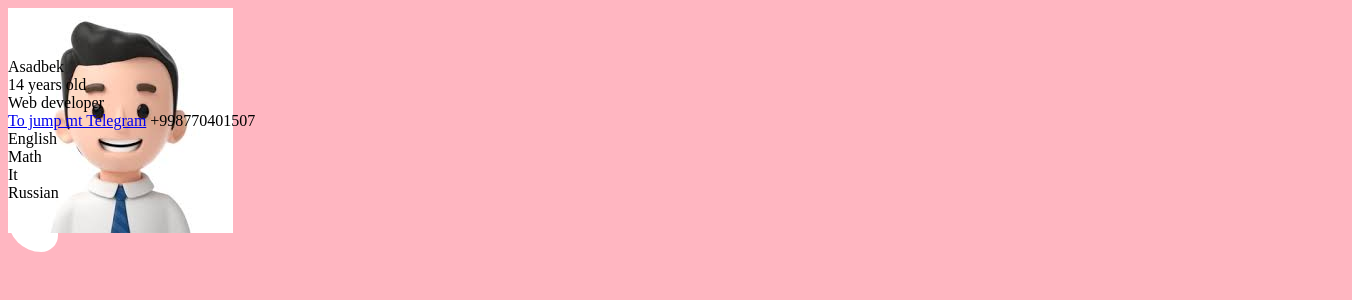
Repository: KHANas02/live-stream
Page: contact.html
These files come from the project's save history. The page is drawn as it stood at one moment and after the next save; the edit follows.
The browser window is 1280 px wide. The page is 1280 px wide, then 1352 px, so the pictures cover 1352 px, including what lies to the right of the window. The pictures show the whole page.

Above is the page before, as saved 2024-03-25 07:18:42.

### contact.html
<!DOCTYPE html>
<html lang="en">
<head>
    <meta charset="UTF-8">
    <meta name="viewport" content="width=device-width, initial-scale=1.0">
    <title>Contact with us</title>
    <link rel="stylesheet" href="./index.html">
</head>
<style>
    body{
        background-color: lightpink;
    }
    .avatar{
        background-image:url(data:[embedded picture, 5823 characters]);
       border-top-left-radius:20px;
       border-top-right-radius:60px;
       border-bottom-left-radius:80px;
       border-bottom-right-radius:40px;
       background-repeat:no-repeat;
       width: 50px;
       height: 50px;
    }
    .text{
        position: relative;
        left: ;
    }
</style>
<body>
    <div class="container">
  <div class="contact-card">
    <div class="avatar"><img src="data:[embedded picture, 5823 characters]" alt=""></div>
    <div class="text"></div>
  </div>
  <div class="text">Asadbek <br>
14 years old <br>
Web developer <br>
<a href=" https://t.me/wzb_02">To jump mt Telegram</a>
+998770401507 <br>
English <br>
Math <br>
It <br>
Russian <br>

    </div>


</div>
  <div class="contact-card">
    <div class="avatar"></div>
    <div class="text"></div>
  </div>
  <div id="magnifying-glass">
    <div id="glass"></div>
    <div id="handle">
       </div>
</body>
</html>

### index.html
<!DOCTYPE html>
<html lang="en">
  <head>
    <meta charset="UTF-8" />
    <head name="viewport" content="width=device-width, initial-scale=1.0">
      <title>Englify Live_stream</title>
      <link rel="stylesheet" href="./style.css" />
    </head>
    <style>
      .div1Img {
        font-size: 70px;
        font-family: serif;
        font-weight: 100;
        color: rgb(255, 0, 157);
        position: relative;
        left: 25px;
        top: 70px;
      }
      .div2 {
        font-size: 70px;
        font-family: serif;
        font-weight: 100;
        color: rgb(255, 0, 157);
        position: relative;
        left: 25px;
        top: 70px;
      }
      .div3 {
        font-size: 70px;
        font-family: serif;
        font-weight: 100;
        color: rgb(255, 0, 157);
        position: relative;
        left: 25px;
        top: 450px;
      }
    </style>
    <html>
      <body>
        <div class="div1">
          <div class="div1Img">JOIN TO OUR LIVE STREAM</div>
        </div>
        <div class="div2">
          Todat at 21:00 <br />
          Only with coffee
        </div>
        <div class="div3">
          Our on the telegram
          <br />
          @englify_asp <br />
          And join to us
        </div>
        <div class="hamburger-menu">
          <input id="menu__toggle" type="checkbox" />
          <label class="menu__btn" for="menu__toggle">
            <span></span>
          </label>

          <ul class="menu__box">
            <li><a class="menu__item" href="index.html">Главная</a></li>
            <li>
              <a class="menu__item" href="speaking.html"
                >Speaking полезная функция</a
              >
            </li>
            <li><a class="menu__item" href="group.html">участники прямой трансляции</a></li>
            <li><a class="menu__item" href="#">Блог</a></li>
            <li><a class="menu__item" href="contact.html">Контакты</a></li>
          </ul>
        </div>
      </body>
    </html>
  </head>
</html>

After the next save:
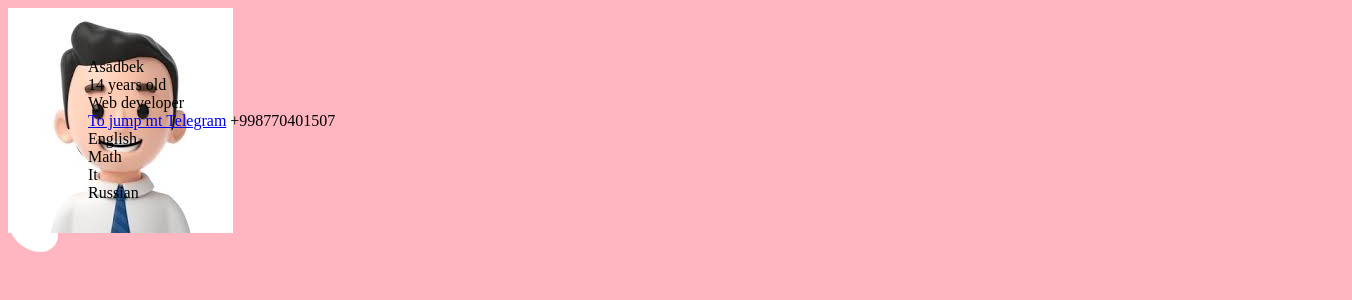
Saved 6 s later.
--- a/contact.html
+++ b/contact.html
@@ -22,7 +22,7 @@
     }
     .text{
         position: relative;
-        left: ;
+        left: 80px;
     }
 </style>
 <body>
